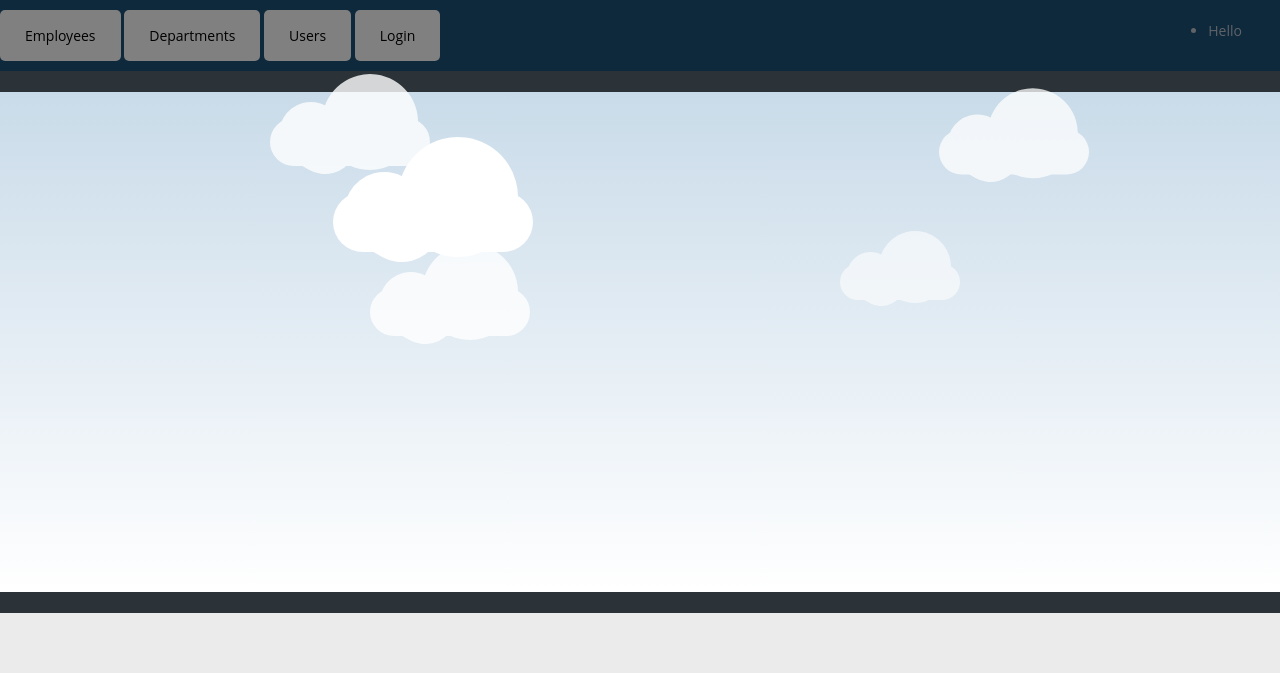
Repository: avsuhas/Java-Project
Page: http://localhost/Employee_Project/jsp/header.jsp
The author's editor kept a copy of each file at every save. The page is drawn from the files as they stood at one save, then again after the next save.
The browser window is 1280 px wide. The pictures show the whole page.
The page is served by Tomcat 9.

Above is the page before, as saved 2017-05-27 00:38:14.

After the next save:
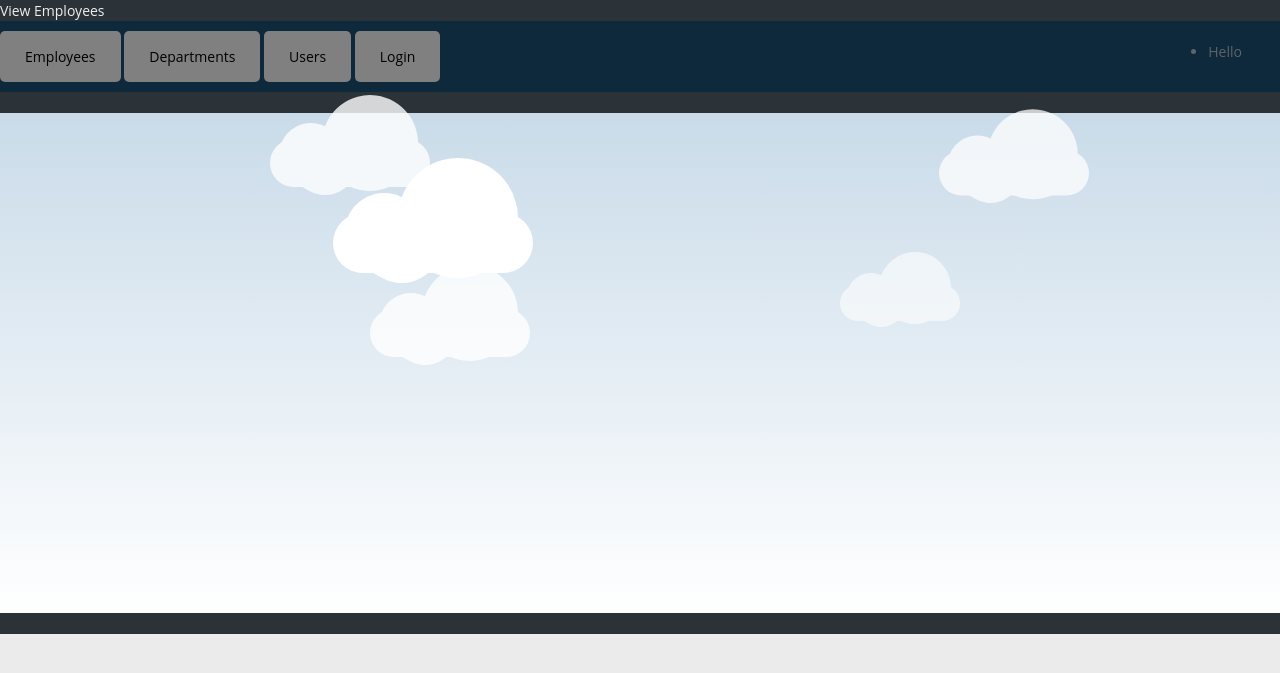
Saved 115 min 1 s later.
--- a/Employee Project/WebContent/jsp/header.jsp
+++ b/Employee Project/WebContent/jsp/header.jsp
@@ -258,10 +258,10 @@
 
 %>
 
-
+	<a href="employees.jsp?page=1">View Employees</a>
 	<div class="ulTag">
 	<ul>
-		<li class="liTag"> <a href="../jsp/employees.jsp" style="color:black;">Employees</a></li>
+		<li class="liTag"> <a href="employees.jsp?page=1" style="color:black;">Employees</a></li>
 		<li class="liTag"><a href="../jsp/departments.jsp" style="color:black;">Departments</a></li>
 		<li class="liTag"><a href="../jsp/user.jsp" style="color:black;">Users</a></li>
 		<li class="liTag"><a href="../html/welcomePage.html" style="color:black;">Login</a></li>

After the save that followed:
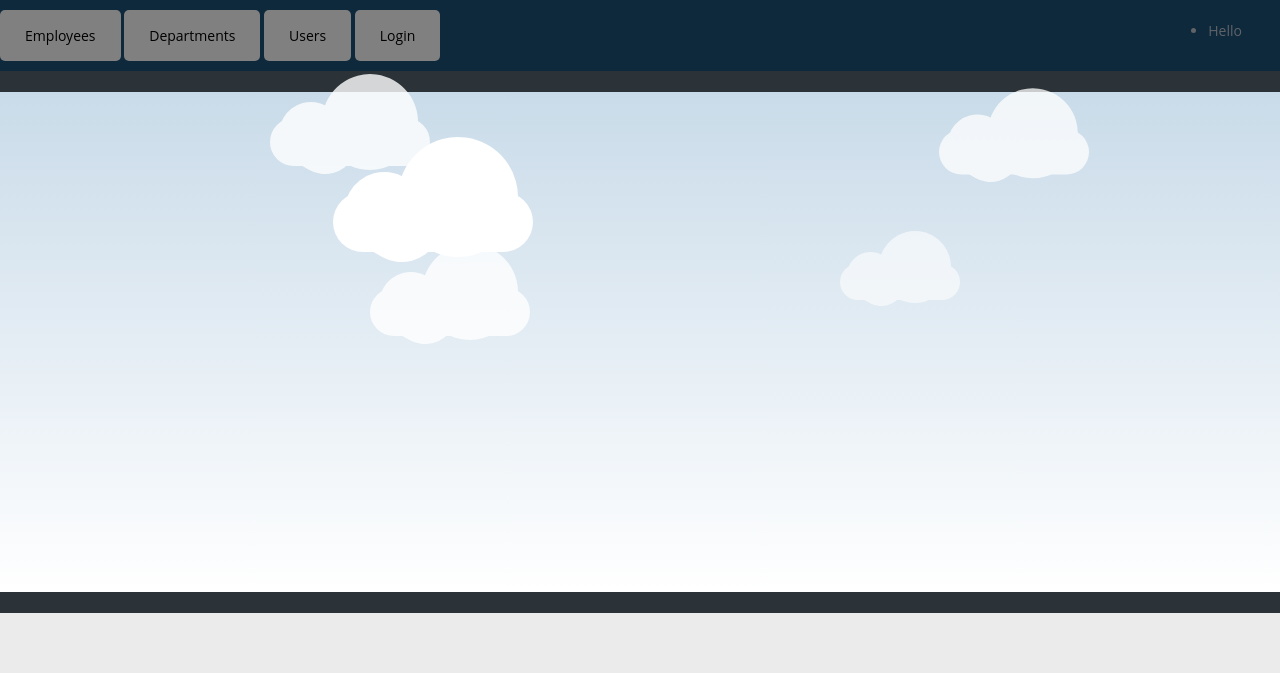
Saved 9 s later.
--- a/Employee Project/WebContent/jsp/header.jsp
+++ b/Employee Project/WebContent/jsp/header.jsp
@@ -258,7 +258,7 @@
 
 %>
 
-	<a href="employees.jsp?page=1">View Employees</a>
+
 	<div class="ulTag">
 	<ul>
 		<li class="liTag"> <a href="employees.jsp?page=1" style="color:black;">Employees</a></li>
